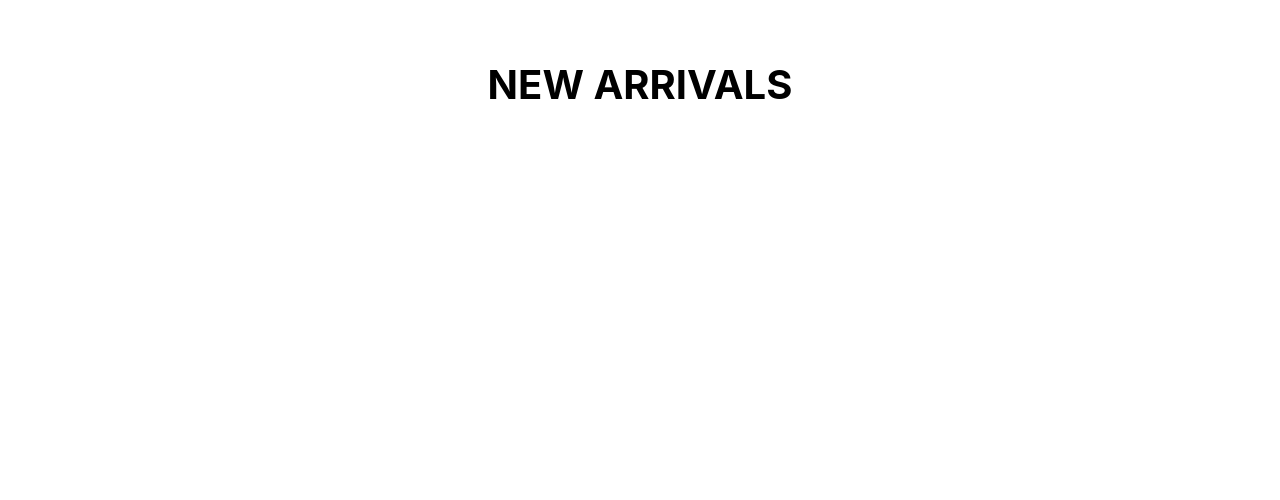
Repository: 0584386177/CuoiKiReactJs
Page: /
The author's editor kept a copy of each file at every save. The page is drawn from the files as they stood at one save, then again after the next save.
The browser window is 1280 px wide. The pictures show the part of the page from y = 390 to 890 px (the page is 1663 px tall before and 1739 px after).
Pictures or frames that could not be fetched are drawn as grey boxes. The page's requests for data from a server got no answer. The project was rebuilt for these pictures with package versions that can differ from the ones it lists, and the page was loaded fresh each time. No one was signed in, and anything a server would have sent is missing. Also part of the build but not shown: src/components/Men/Men.jsx, src/components/Women/Women.jsx.

Above is the page before, as saved 2023-11-10 23:33:26.

### src/App.js
import React from 'react';
import Page from './components/Page/Page';
import { Route,Routes } from 'react-router-dom';
import Men from './components/Men/Men';
import Women from './components/Women/Women';

const App = () => {
  return (
    <div>
      <Routes>
        <Route path='/' element = {<Page></Page>}></Route>
        <Route path='/women' element = {<Women></Women>}></Route>
        <Route path='/men' element={<Men></Men>}></Route>
      </Routes>
    </div>
  );
};

export default App;

### src/components/Page/Page.jsx
import React from 'react';
import Header from './Header';
import styled from 'styled-components';
import Slider from './Slider';
import NewArrivals from './NewArrivals';
const PageWrapper = styled.div`
    width: 100%;
    height: 100vh;
    max-width:1980px;
    margin: 0 auto;

`
const Page = () => {
    return (
        <PageWrapper>
        <Header/>
        <Slider/>
        <NewArrivals/>
        </PageWrapper>
    );
};

export default Page;

### src/components/Page/Header.jsx
import React from "react";
import styled from "styled-components";

const HeaderWrapper = styled.div`
  width: 100%;
  height: 90px;
  display: flex;
  justify-content: space-around;
  align-items: center;
`;
const HeaderLogo = styled.div`
  font-size: 15px;
`;
const HeaderMenu = styled.div`
  ul {
    display: flex;
    list-style: none;

    li {
      padding: 10px 20px;

      a {
        display: block;
        padding: 10px 20px;
        text-decoration: none;
        color: #000;
        font-weight: 500;
        font-size: 17px;
        position: relative;
      }
      a::before {
        content: "";
        position: absolute;
        left: 0;
        bottom: 0;
        height: 2px;
        background: #000000;
        transition: all 0.3s ease;
      }
      a:hover::before {
        width: 100%;
        animation: fluent 0.5s forwards;
      }
    }

    @keyframes fluent {
      0% {
        width: 0px;
      }
      100% {
        width: 100%;
      }
    }
  }
`;
const HeaderFeatures = styled.div`
  display: flex;
  align-items: center;
  width: 340px;
  height: 100%;
`;
const HeaderSearch = styled.div`
  width: 200px;
  height: 30px;
  position: relative;

  input {
    width: 200px;
    height: 30px;
  }
  i {
    position: absolute;
    right: 0;
    top: 50%;
    transform: translateY(-50%);
  }
`;
const HeaderAccount = styled.div`
  margin: 0px 25px;
  font-size: 30px;
`;
const HeaderCart = styled.div`
    font-size: 25px;
`;

const Header = () => {
  return (
    <HeaderWrapper>
      <HeaderLogo>
        <h1>NHOM BAO</h1>
      </HeaderLogo>
      <HeaderMenu>
        <ul>
          <li>
            <a href="#">NEW</a>
          </li>
          <li>
            <a href="#">NỮ</a>
          </li>
          <li>
            <a href="#">NAM</a>
          </li>
          <li>
            <a href="#">GOLF</a>
          </li>
        </ul>
      </HeaderMenu>
      <HeaderFeatures>
        <HeaderSearch className="search">
          <input type="text" placeholder="search..."></input>
          <i class="fa-solid fa-magnifying-glass"></i>
        </HeaderSearch>
        <HeaderAccount className="account">
          <i class="fa-solid fa-person"></i>
        </HeaderAccount>
        <HeaderCart className="cart">
          <i class="fa-solid fa-cart-shopping"></i>
        </HeaderCart>
      </HeaderFeatures>
    </HeaderWrapper>
  );
};

export default Header;

### src/components/Page/Slider.jsx
import React, { useState } from "react";
import styled from "styled-components";

const SliderWrapper = styled.div`
  width: 100%;
  height :800px;
  position: relative;
`;
const SliderButton = styled.div`
  width: 100%;
  position: absolute;
  top: 29%;
  left: 0;
  transform: translateY(-29%);
  display: flex;
  justify-content: space-between;
  align-items: center;
`;
const SliderNext = styled.button`
  width: 50px;
  height: 50px;
  color: white;
  background-color: rgba(76, 78, 80, 0.5);
  outline: none;
  border: none;
  margin-right: 5px;
  font-size: 20px;
  cursor: pointer;
`;
const SliderPre = styled.button`
  width: 50px;
  height: 50px;
  color: white;
  background-color: rgba(76, 78, 80, 0.5);
  outline: none;
  border: none;
  margin-left: 5px;
  font-size: 20px;
  cursor: pointer;
`;
const ArrivalsTitle = styled.div`
  position: relative;

  h1{
    position:absolute;
    top: 50%;
    left: 50%;
    transform: translate(-50%,-50%);
    margin: 5rem 0px;
    font-size: 40px;
  }
`
const Slider = () => {
  const arrayImage = [
    "https://file.hstatic.net/1000143422/file/desktop_banner_slider_1920x600_2link_ult-trn_4b3327ceb7184530ae9783ad00500c46.jpg",
    "https://file.hstatic.net/1000143422/file/desktop_banner_slider_1920x600_2link_street_9e990a78d04646e3ae0fe35feb29b499.jpg",
    "https://file.hstatic.net/1000143422/file/hero-desk_c4-w-1920x720_0cadeff9488b4baab4c417601e60ba7a.jpg",
    "https://file.hstatic.net/1000143422/file/ec-desktop_banner_1920x600px_062fbb7c60db49ada98de87f9f03862c.png",
    "https://file.hstatic.net/1000143422/file/desktop_banner_slider_1920x600_2link_soft_dd3b9719fd3e4818bb108c020a9af7a2.jpg",
  ];

  let [ImageIndexCurrent, setImageIndexCurrent] = useState(0);
  const handleClickNext = () => {
    setImageIndexCurrent(ImageIndexCurrent + 1);
    if (ImageIndexCurrent === 4) setImageIndexCurrent(0);
  };
  const handleClickPre = () => {
    setImageIndexCurrent(ImageIndexCurrent - 1);
    if (ImageIndexCurrent === 0) setImageIndexCurrent(4);
  };

    // setInterval(() => {
    //   setImageIndexCurrent(ImageIndexCurrent + 1);
    //   if(ImageIndexCurrent ===4) setImageIndexCurrent(0);
    // }, 1000);
  return (
    <SliderWrapper>
      <div className="image">
        <img src={arrayImage[ImageIndexCurrent]} alt=""></img>
      </div>
      <SliderButton>
        <SliderPre onClick={handleClickPre}>
          <i class="fa-solid fa-arrow-left"></i>
        </SliderPre>
        <SliderNext onClick={handleClickNext}>
          <i class="fa-solid fa-arrow-right"></i>
        </SliderNext>
      </SliderButton>
      <ArrivalsTitle>
        <h1>NEW ARRIVALS</h1>
      </ArrivalsTitle>

    </SliderWrapper>
  );
};

export default Slider;

### src/components/Page/NewArrivals.jsx
import React, { useEffect, useState } from "react";
import styled from "styled-components";

const ArrivalsWrapper = styled.div`
  width: 100%;
  height: 500px;
  display: flex;
  justify-content: center;
  flex-
`;
// const ArrivalsTitle = styled.h1`
//   padding: 20px 0px;
// `;
const ArrivalsSmall = styled.div`
  display: flex;
`;

const ArrivalsItem = styled.div`
  width: 315px;
  height: 405px;
  padding: 10px 10px;
  display: flex;
  flex-direction: column;
  align-items: center;
`;
const ItemImg = styled.img`
  width: 100%;
  height: 300px;
  object-fit: cover;
  flex-shrink: 0;
`;
const api = "http://localhost:3000/products";
const NewArrivals = () => {
  const [products, setProducts] = useState([null]);
  console.log(products);
  useEffect(() => {
    const fetchData = async () => {
      const response = await fetch(api);
      const data = await response.json();
      return setProducts(data);
    };
    fetchData();
  }, []);
  return (
    <ArrivalsWrapper>
      {/* <ArrivalsTitle>NEW ARRIVALS</ArrivalsTitle> */}

      <ArrivalsSmall>
      {/* sử dụng slice để tạo ra 4 item từ  0 -> <4 */}
        {products.slice(0,4).map((item, index) => {
            return (
              <ArrivalsItem>
                <ItemImg src={item?.image} alt="" key={index} />
                <h4>{item?.name}</h4>
              </ArrivalsItem>
            );
          })}
      </ArrivalsSmall>

      <div>
        <div>
          <img src="https://source.unsplash.com/random" alt=""/>
          <h5>ECCO</h5>
          <button>MUA NGAY</button>
        </div>
        <div>
          <img src="https://source.unsplash.com/random" alt=""/>
          <h5>ECCO</h5>
          <button>MUA NGAY</button>
        </div>
      </div>
    </ArrivalsWrapper>
  );
};

export default NewArrivals;

Loaded but not shown: public/index.html (common file); src/index.js (common file); src/index.css (common file); src/reportWebVitals.js (common file)

After the next save:
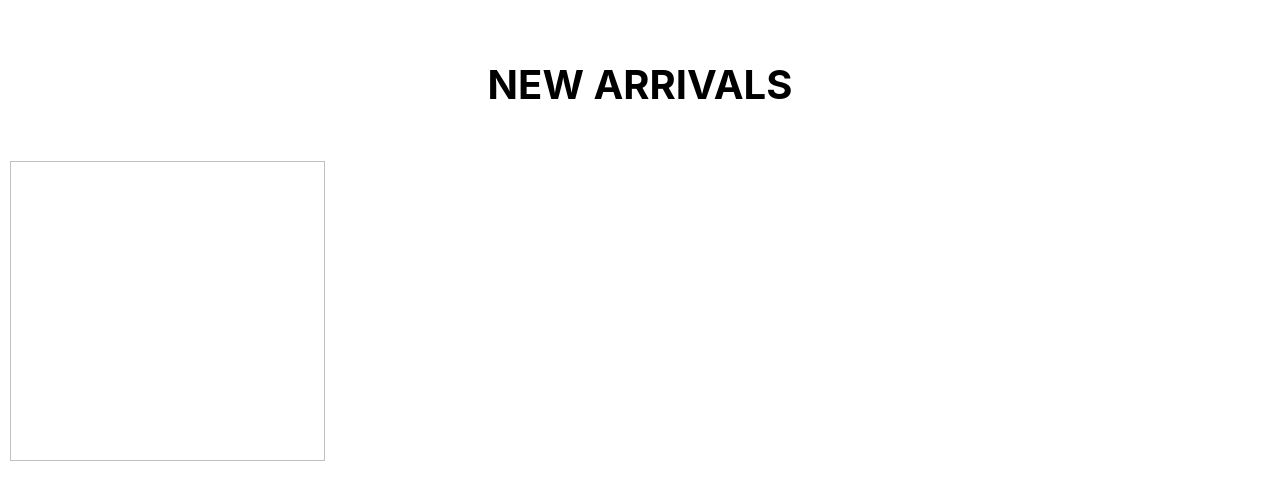
Saved 10 s later.
--- a/src/components/Page/NewArrivals.jsx
+++ b/src/components/Page/NewArrivals.jsx
@@ -6,8 +6,7 @@
   height: 500px;
   display: flex;
   justify-content: center;
-  flex-
-`;
+  flex-direction : column;
 // const ArrivalsTitle = styled.h1`
 //   padding: 20px 0px;
 // `;

After the save that followed:
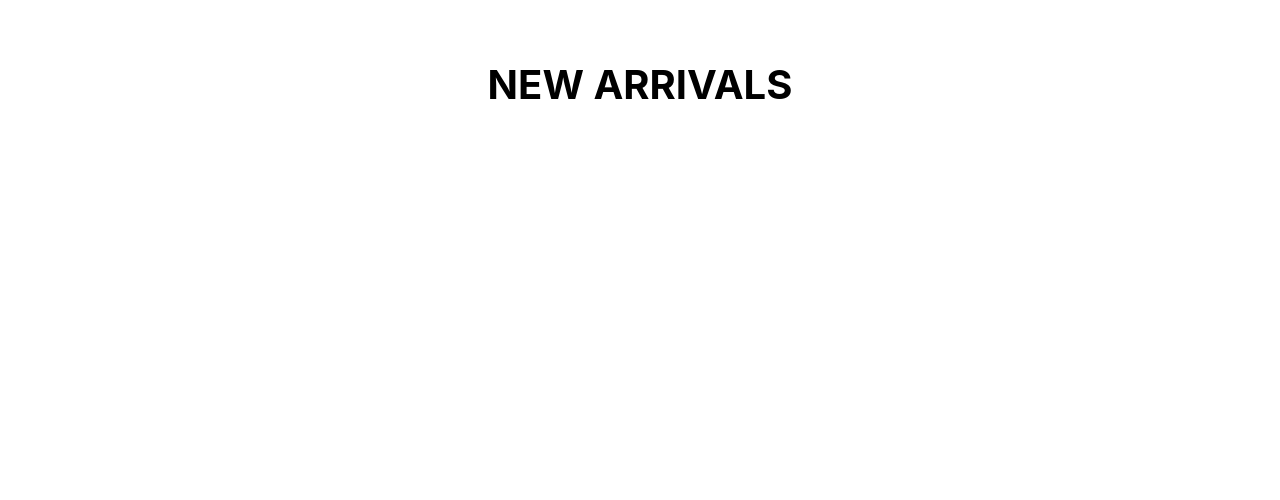
Saved 12 s later.
--- a/src/components/Page/NewArrivals.jsx
+++ b/src/components/Page/NewArrivals.jsx
@@ -6,7 +6,6 @@
   height: 500px;
   display: flex;
   justify-content: center;
-  flex-direction : column;
 // const ArrivalsTitle = styled.h1`
 //   padding: 20px 0px;
 // `;
